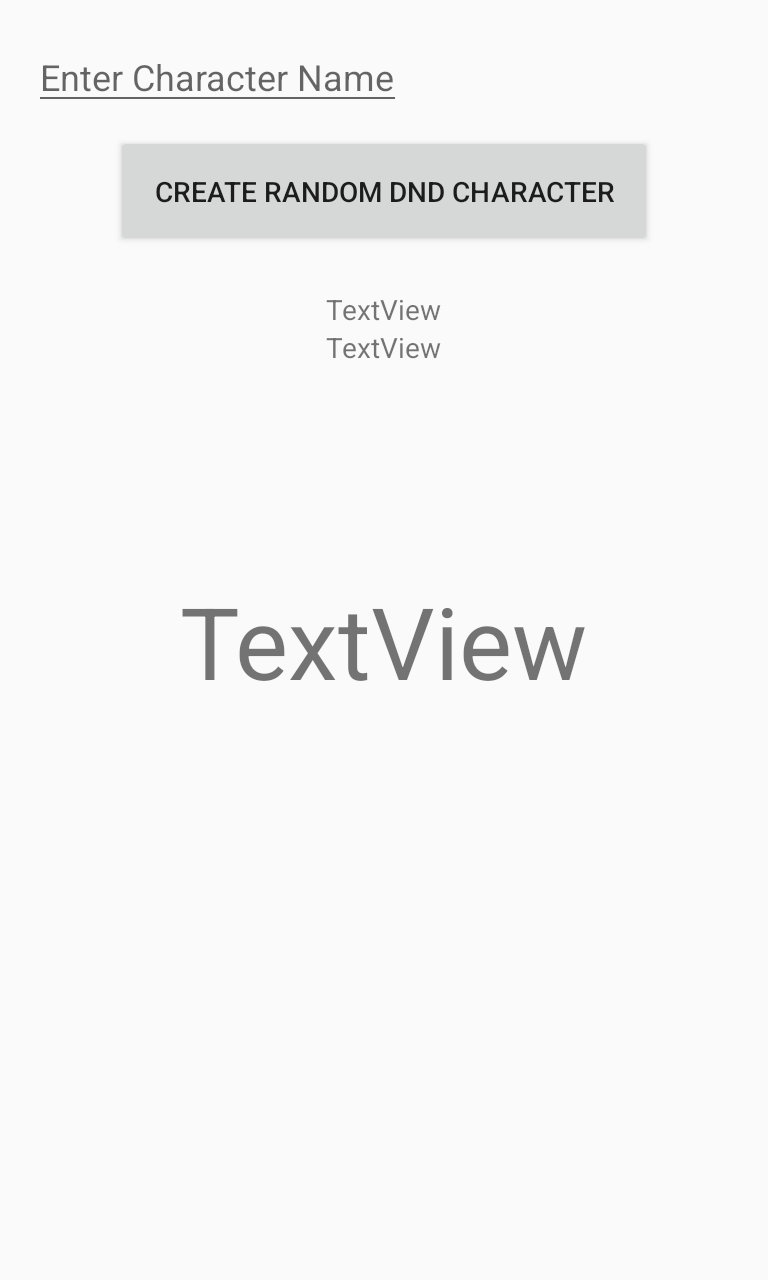
Repository: Vortelf/DnDAndroid
Layout: BuildApp/DnD/res/layout/activity_random_char.xml
The author's editor kept a copy of each file at every save. The layout is drawn from the files as they stood at one save, then again after the next save.
It is drawn on a 768 x 1280 px phone screen (xhdpi) without system bars, with theme AppTheme; the app's code is not run.

Above is the layout before, as saved 2014-11-08 17:39:43.

After the next save:
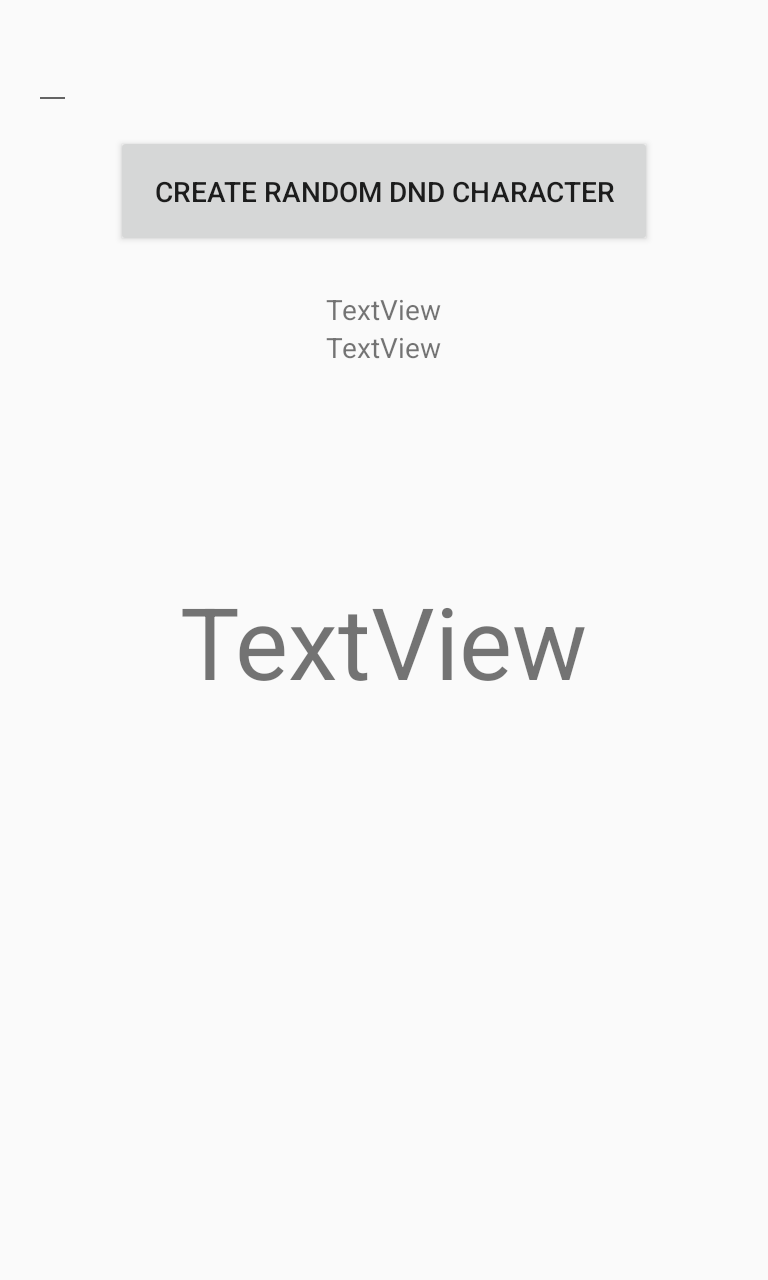
Saved 91 s later.
--- a/BuildApp/DnD/res/layout/activity_random_char.xml
+++ b/BuildApp/DnD/res/layout/activity_random_char.xml
@@ -14,8 +14,7 @@
         android:id="@+id/inputCharName"
         android:layout_width="wrap_content"
         android:layout_height="wrap_content"
-        android:hint="@string/inputCharName"
-        android:gravity=""
+
         />
 
 

After the save that followed:
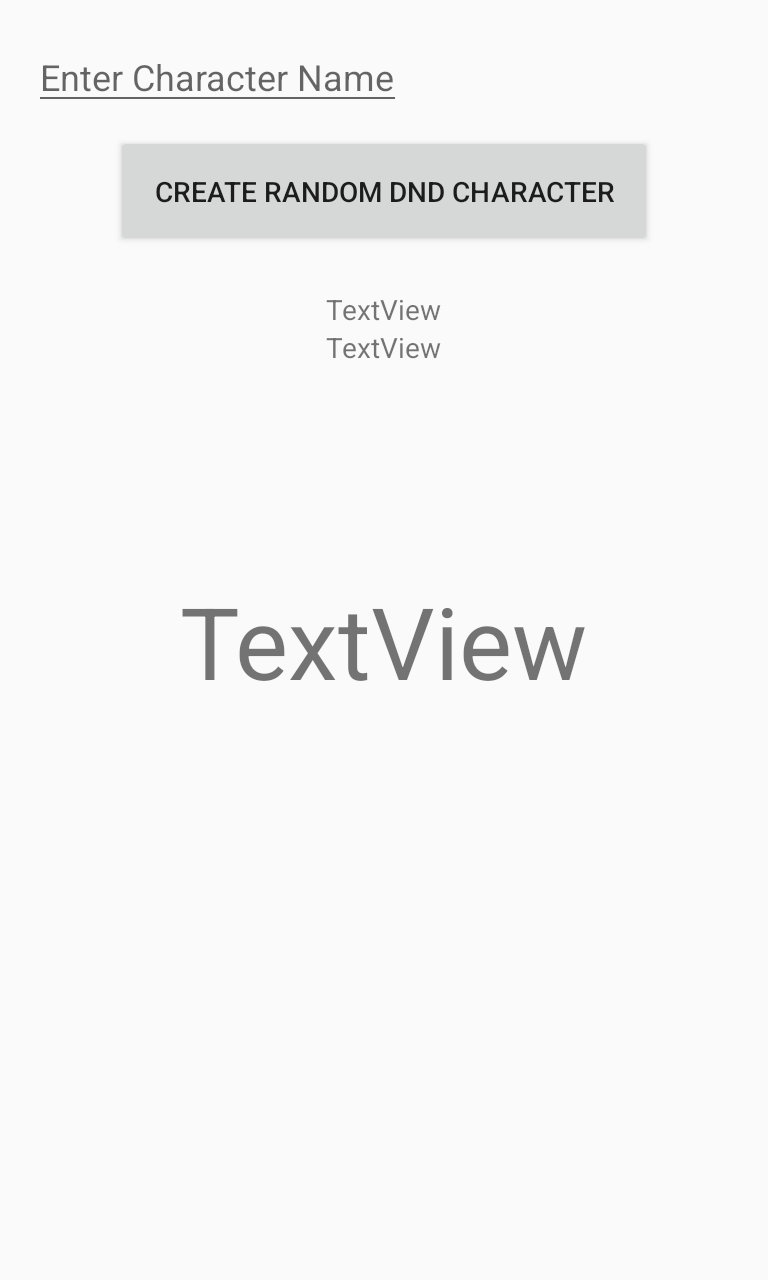
Saved 30 s later.
--- a/BuildApp/DnD/res/layout/activity_random_char.xml
+++ b/BuildApp/DnD/res/layout/activity_random_char.xml
@@ -14,7 +14,7 @@
         android:id="@+id/inputCharName"
         android:layout_width="wrap_content"
         android:layout_height="wrap_content"
-
+        android:hint="@string/inputCharName"
         />
 
 
